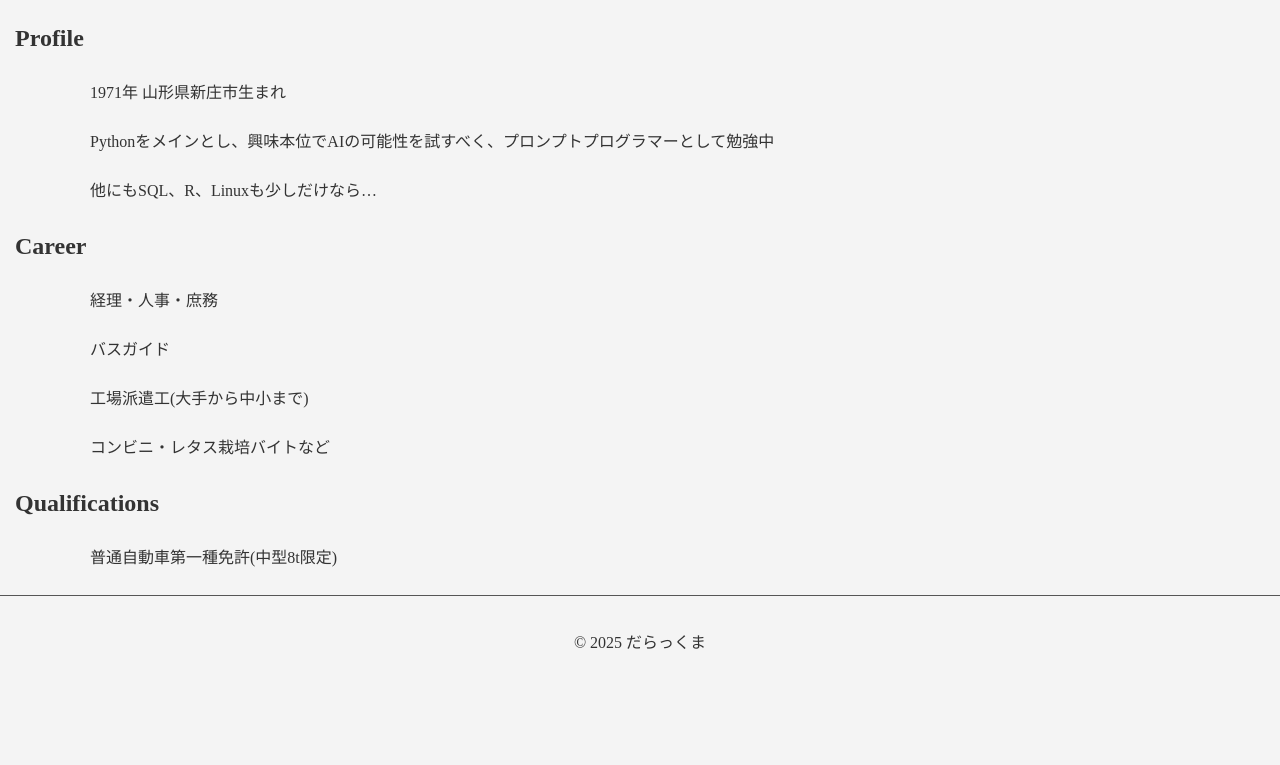
Repository: rydeen7907/html
Page: profile.html
These files come from the project's save history. The page is drawn as it stood at one moment and after a run of saves; the edit follows.
The browser window is 1280 px wide. The pictures show the whole page.

Above is the page before, as saved 2025-04-27 17:46:38.

### profile.html
<!DOCTYPE html>
<html lang="ja">
<head>
    <meta charset="UTF-8">
    <meta name="viewport" content="width=device-width, initial-scale=1.0">
    <title>Profile - だらっくまのサイト</title>
    <link rel="stylesheet" href="style.css">
</head>
<body>
    <main>
        <h2>Profile</h2>
        <ul>
            <p>1971年 山形県新庄市生まれ</p>
            <p>Pythonをメインとし、興味本位でAIの可能性を試すべく、プロンプトプログラマーとして勉強中</p>
            <p>他にもSQL、R、Linuxも少しだけなら…</p>
        </ul>

        <h2>Career</h2>
        <ul>
        <p>経理・人事・庶務</p>
        <p>バスガイド</p>
        <p>工場派遣工(大手から中小まで)</p>
        <p>コンビニ・レタス栽培バイトなど</p>
        </ul>

        <h2>Qualifications</h2>
        <ul>
        <p>普通自動車第一種免許(中型8t限定)</p>
        <p>

    </main>

 <footer class="social-links">
        <p>&copy; 2025 だらっくま</p>
    </footer>

</body>
</html>

### style.css
/* 基本スタイル */
:root {
    /* 色の設定 */
    --text-color-dark: #333; /*  */
    --text-color-light: #555; /*  */
    --background-color: #f4f4f4; /*  */
    --background-color-scroll: aqua; /*  */
    --link-color: #333; /* リンクの色 */
    --link-color-hover: #ff8000; /* ホバー時のリンク色 */

/* タイポグラフィ */
    --font-family: Arial, sans-serif; /* フォントファミリー */
    --line-height-base: 1.5; /* 行間を調整 (例：1.5倍 px,%,emでも可能) */
    --font-size-small: 12px; /* フォントサイズを小さく */
    --font-size-base: 16px; /* 基本フォントサイズ */
    --font-size-large: 24px; /* 大きなフォントサイズ */
    --font-size-xlarge: 32px; /* 特大フォントサイズ */

/* 余白 */
    --margin-xs: 5px; /* 小さなマージン */
    --margin-s: 10px; /* 基本マージン */
    --margin-m: 15px; /* 中くらいのマージン */
    --margin-l: 20px; /* 大きなマージン */
    --margin-xl: 25px; /* 特大マージン */
    --margin-xxl: 40px; /* 特特大マージン */
    --margin-xxxl: 50px; /* 特特特大マージン */
}

body {
    margin: 0; /* ブラウザデフォルトのマージンをリセット */
    padding: 0; /* ブラウザデフォルトのパディングをリセット */
    padding-bottom: var(--margin-xxxl); /* ページ下部のパディングを追加 */
    font-family: var(--font-size-base);
    line-height: var(--line-height-base); /* 行間を読みやすく調整 (例：2.0倍 px,%,emでも可能) */
    color: var(--text-color-dark); /* 文字色を濃いグレーに設定 */
    background-color: var(--background-color); /* 背景色を薄いグレーに設定 */
}

/* ヘッダー */
.header-image {
    display: block; /* 中央配置のためブロック要素に */
    width: 100%;
    /* max-width: auto; は width: 100%; があれば不要 */
    height: 400px;
    margin: 0 auto; /* 上下のマージンは０、左右は自動で中央揃え */
    object-fit: cover; /* 画像のアスペクト比を維持、要素に合わせる */
}

/* 画像の説明文 */
.image-caption {
    padding-top: var(--margin-xs); /* 上部のパディングを追加 */
    padding-bottom: var(--margin-xs); /* 下部のパディングを追加 */
    padding-left: var(--margin-m);    /* 左側のパディングを追加 */
    padding-right: var(--margin-m); /* 右側のパディングを追加 */

    margin-top: var(--margin-xs); /* 上部のマージンを追加 */
    margin-bottom: var(--margin-xl); /* 下部のマージンを追加 */
    font-size: var(--font-size-small); /* フォントサイズを小さく */
    color: var(--text-color-light); /* 文字色を薄いグレーに */
    text-align: right; /* 右寄せ */
}

/* 画像キャプション内のリンク */
.image-caption a {
    color: inherit; /* リンクの色 */
    text-align: right;
    text-decoration: none; /* 下線を削除 */
}
.image-caption a:hover,
.image-caption a:focus {
    color: var(--link-color-hover); /* ホバー時のリンク色 */
    text-decoration: underline; /* 下線を追加 */
}

/* スクロールテキストコンテナ */
.scrolling-text-container {
    width: 100%; /* 幅 */
    height: 55px; /* 高さ */
    margin-bottom: var(--margin-xxl); /* 下部のマージンを追加 */
    padding-top: var(--margin-xs); /* 上部のパディングを追加 */
    padding-bottom: var(--margin-s); /* 下部のパディングを追加 */
    box-sizing: border-box; /* パディングとボーダーを含めたサイズ計算 */
    background-color: var(--background-color-scroll); /* 背景色をアクアに設定 */
    overflow: hidden; /* はみ出た部分を隠す */
}

/* スクロールテキスト */
.scrolling-text {
    display: inline-block; /* インラインブロック要素に設定 */
    margin: 0; /* コンテナ内でのマージンを削除 */
    padding-left: 100%; /* 開始位置を右側に設定 */
    font-size: var(--font-size-large); /* フォントサイズ */
    font-weight: bold; /* 太字に設定 */
    color: var(--text-color-dark); /* 文字色を濃いグレーに */
    white-space: nowrap; /* 折り返し禁止 */
    animation: scroll-left 25s linear infinite; /* アニメーションを適用 */

}

/* スクロールアニメーションの定義 */
@keyframes scroll-left {
    0% {
        transform: translateX(0); /* 開始位置 */
    }
    100% {
        /* テキスト自身の幅だけ左に移動させる */
        transform: translateX(-150%);
    }
}

/* メインコンテンツ */
h1 {
    margin: var(--margin-xxl) 0 var(--margin-l); /* 上下のマージンを追加 */
    font-size: var(--font-size-xlarge); /* フォントサイズ */
    font-weight: bold; /* 太字に設定 */
    text-align: center; /* 中央配置 */
    color: var(--text-color-dark); /* 文字色を濃いグレーに */
}

main h2{
    margin-left: var(--margin-m); /* 左側のマージンを追加 */
}

/* 段落 p */
p {
    margin: var(--margin-xl) 0 ; /* 上下のマージンを追加 */
    text-align: center; /* 中央配置 */
    font-size: var(--font-size-base); /* フォントサイズ */
}

main p{
    margin-left: var(--margin-xxxl); /* 左側のマージンを追加 */
    text-align: left; /* 左寄せ */
    font-size: var(--font-size-base); /* フォントサイズ */
}

/* リンク a */
a {
    display: block;
    color: var(--link-color); /* 文字色を赤に */
    margin: var(--margin-s) auto; /* 上部のマージンを追加 */
    font-size: var(--font-size-base); /* フォントサイズ */
    font-weight: bold; /* 太字に設定 */
    text-align: center; /* 中央配置 */
    text-decoration: none; /* 下線を削除 */
    transition: color 0.3s; /* ホバー時の色変更にトランジションを追加 */
}

/* ホバー時のスタイル */
a:hover,
a:focus { /* ホバーとフォーカス時に適用するスタイル */
    color: var(--link-color-hover); /* ホバー時の文字色をオレンジに変更 */
    text-decoration: underline; /* 下線を追加 */
}

/* SNS リンク */
.social-links {
    text-align: center;
    margin: var(--margin-xl) 0; /* 上下のマージンを追加 */
    padding-bottom: var(--margin-s); /* 上下のパディングを追加 */
    border-top: 1px solid var(--text-color-light); /* 上部に薄いグレーのボーダーを追加 */
    padding-top: var(--margin-s); /* 上部のパディングを追加 */
}

.social-links h2 {
    font-size: var(--font-size-base); /* フォントサイズ */
    color: var(--text-color-dark); /* 文字色を濃いグレーに */
    margin: var(--margin-s) 0; /* 上下のマージンを追加 */
    font-weight: normal; /* 太字に設定 */
}

.social-links ul {
    list-style: none; /* リストのマークを削除 */
    padding: 0; /* パディングを削除 */
    margin: 0; /* マージンを削除 */
}

.social-links li {
    display: inline-block; /* 横並び */
    margin: 0 var(--margin-s); /* 左右のマージンを追加 */
}

/* SNSリンク 固有のスタイル */
.social-links a {
    display: inline-block; /* クリック範囲を確保 */
    line-height: 1; /* 画像のベースラインを揃えるのに役立つ */
    /* color: var(--link-color); /* リンクの色 */
    text-decoration: none; /* 下線を削除 */
    /*font-size: var(--font-size-base); /* フォントサイズ */
    transition: opacity 0.3s; /* ホバー時の透明度変更 (テキスト：color 0.3s)*/
}

.social-icon {
    width: 48px; /* アイコンの幅 */
    height: 48px; /* アイコンの高さ */
    vertical-align: middle; /* 他のアイコンと並んだ場合の垂直配置を中央に */
    /*object-fit: cover; /* 画像のアスペクト比を維持、要素に合わせる */
}

/* ホバー時のスタイル */
.social-links a:hover,
.social-links a:focus {
    /* color: var(--link-color-hover); /* ホバー時の文字色をオレンジに変更 */
    /* text-decoration: underline; /* 下線を追加 */
    opacity: 0.7; /* ホバー時の透明度を変更 */
}

After the next 3 saves:
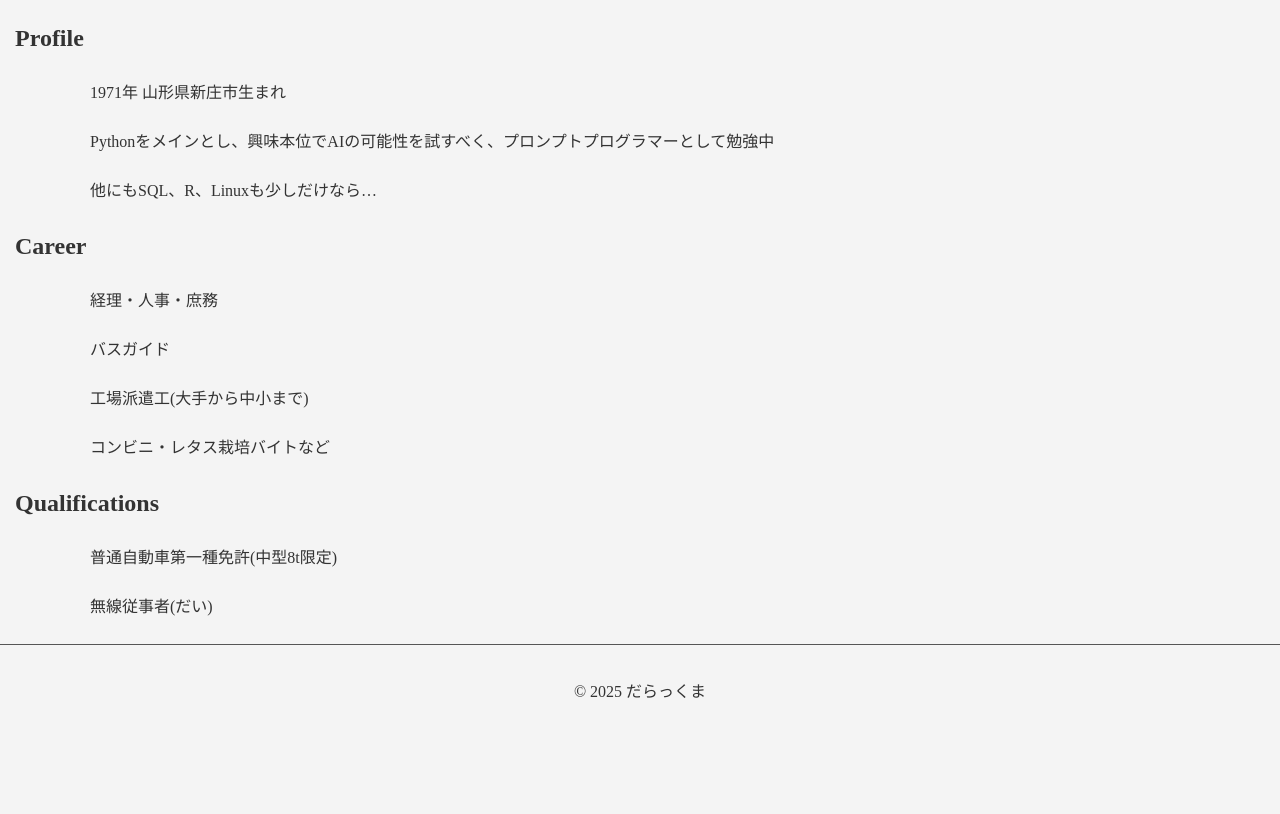
The 3 saves are shown as one change because they came seconds apart.
The last was saved 19 s later.
--- a/profile.html
+++ b/profile.html
@@ -26,7 +26,7 @@
         <h2>Qualifications</h2>
         <ul>
         <p>普通自動車第一種免許(中型8t限定)</p>
-        <p>
+        <p>無線従事者(だい)
 
     </main>
 
